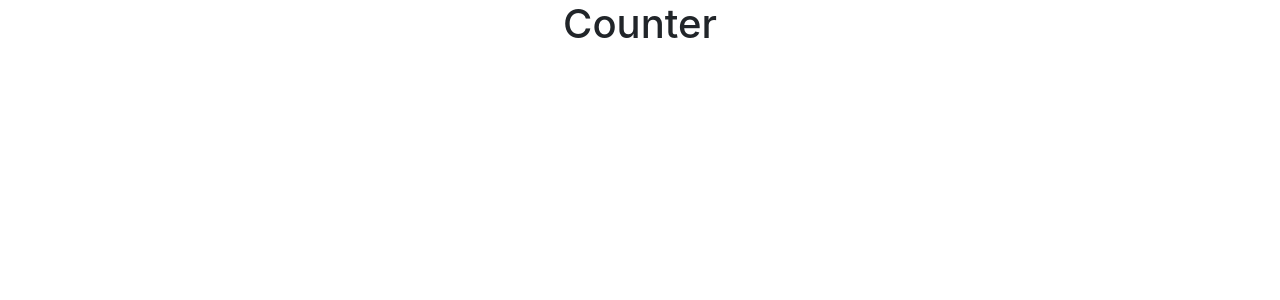
Repository: punitbathija/Machine-Round-React
Page: /
An editor plug-in stored every save of this project. The page is shown before and after the next save, followed by the edit.
The browser window is 1280 px wide. The pictures show the whole page.
The project was rebuilt for these pictures with package versions that can differ from the ones it lists, and the page was loaded fresh each time. Also part of the build but not shown: src/components/counter.jsx.

Above is the page before, as saved 2023-06-01 12:21:46.

### src/index.js
import React from "react";
import ReactDOM from "react-dom/client";
import Counter from "./components/counter";
import "./index.css";
// import FetchApi from "./components/FetchApi";

const root = ReactDOM.createRoot(document.getElementById("root"));
root.render(
  <>
    <h1 className="text-center">Counter</h1>
    {/* <Counter /> */}
    {/* <FetchApi /> */}
  </>
);

Loaded but not shown: public/index.html (common file); src/index.css (common file)

After the next save:
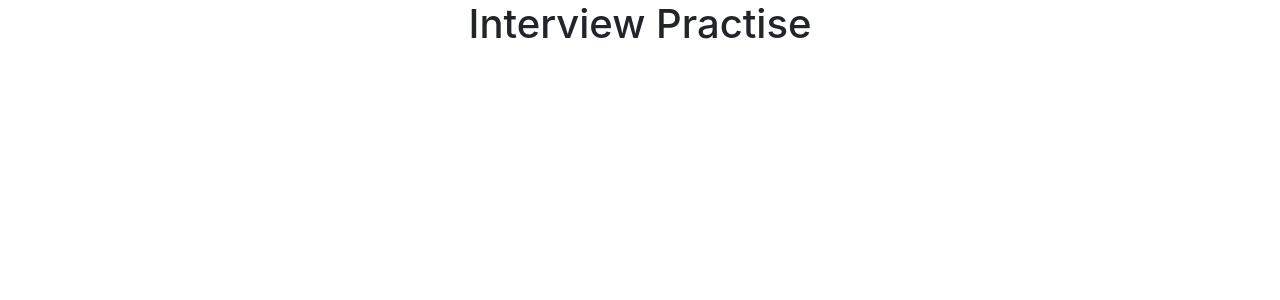
Saved 10 s later.
--- a/src/index.js
+++ b/src/index.js
@@ -7,7 +7,7 @@ import "./index.css";
 const root = ReactDOM.createRoot(document.getElementById("root"));
 root.render(
   <>
-    <h1 className="text-center">Counter</h1>
+    <h1 className="text-center">Interview Practise</h1>
     {/* <Counter /> */}
     {/* <FetchApi /> */}
   </>
